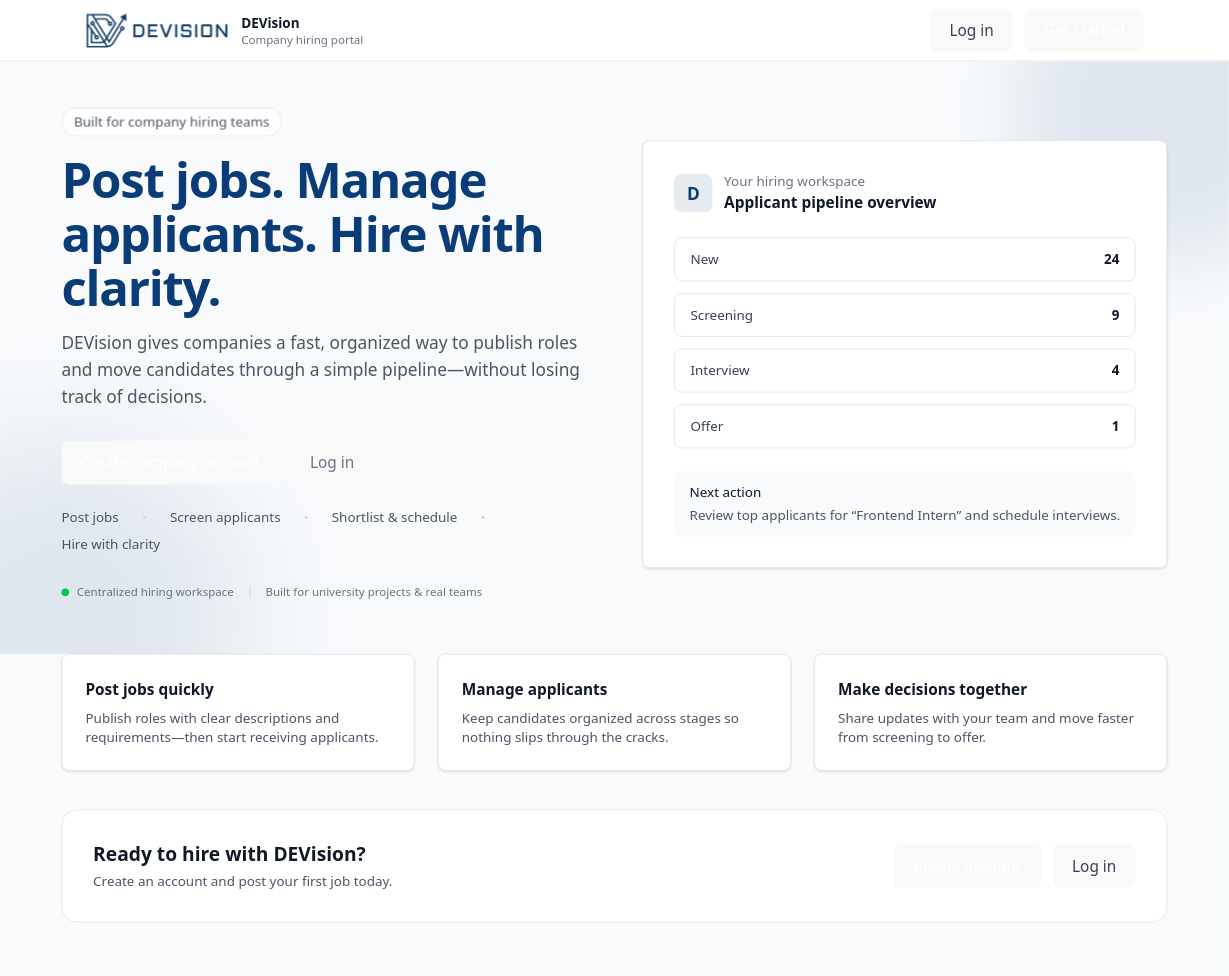
Repository: ISYS3461-2025C-Mulan-DEVision/JobManager_FE
Page: /
These files come from the project's save history. The page is drawn as it stood at one moment and after the next save; the edit follows.
The browser window is 1280 px wide. The pictures show the whole page, at 96% of full size.
The project was rebuilt for these pictures with package versions that can differ from the ones it lists, and the page was loaded fresh each time. Also part of the build but not shown: vite.config.js, src/components/ui/Input/Input.tsx, src/components/ui/Spinner/Spinner.tsx, src/components/ui/Alert/Alert.tsx, src/components/ui/GoogleLogo/GoogleLogo.tsx, src/components/headless/Form/Form.tsx, src/components/headless/Form/index.ts, src/components/headless/Table/useTable.ts and 18 more.

Above is the page before, as saved 2025-12-12 15:36:40.

### index.html
<!doctype html>
<html lang="en">
  <head>
    <meta charset="UTF-8" />
    <link rel="icon" type="image/svg+xml" href="/logo/logo-icon.png" />
    <meta name="viewport" content="width=device-width, initial-scale=1.0" />
    <title>jobmanager-fe</title>
  </head>
  <body>
    <div id="root"></div>
    <script type="module" src="/src/main.jsx"></script>
  </body>
</html>

### src/main.tsx
import React, { StrictMode } from "react";
import { createRoot } from "react-dom/client";
import "./index.css";
import { BrowserRouter } from "react-router-dom";
import App from "./App.js";
import { Provider } from "react-redux";
import store from "./store/index.js";

const container = document.getElementById("root")!;
if (!container) {
    throw new Error("Root container not found");
} else {
    createRoot(container).render(
        <StrictMode>
            <Provider store={store}>
                <BrowserRouter>
                    <App />
                </BrowserRouter>
            </Provider>
        </StrictMode>,
    );
}

### src/index.css
@import "tailwindcss";

@theme {
  --color-heading: #0A3D78;
  --color-dark-blue: #1E293B;
  --color-background: #F8FAFC;
  --color-filled-button: #0A3D78;
}

:root {
    font-family: system-ui, Avenir, Helvetica, Arial, sans-serif;
    line-height: 1.5;
    font-weight: 400;

    color-scheme: light dark;
    color: rgba(255, 255, 255, 0.87);
    background-color: #242424;

    font-synthesis: none;
    text-rendering: optimizeLegibility;
    -webkit-font-smoothing: antialiased;
    -moz-osx-font-smoothing: grayscale;
}

a {
    font-weight: 500;
    color: #0A66C2;
    text-decoration: inherit;
}
a:hover {
    color: #0A66C2cc;
}

body {
    margin: 0;
    min-width: 320px;
    min-height: 100vh;
}

h1 {
    font-size: 3.2em;
    line-height: 1.1;
    font-weight: 700;
}

button {
    border-radius: 8px;
    border: 1px solid transparent;
    padding: 0.6em 1.2em;
    font-size: 1em;
    font-weight: 500;
    font-family: inherit;
    cursor: pointer;
    transition: border-color 0.25s;
}


/* button {
    border-radius: 8px;
    border: 1px solid transparent;
    padding: 0.6em 1.2em;
    font-size: 1em;
    font-weight: 500;
    font-family: inherit;
    background-color: #1a1a1a;
    cursor: pointer;
    transition: border-color 0.25s;
}
button:hover {
    border-color: #646cff;
}
button:focus,
button:focus-visible {
    outline: 4px auto -webkit-focus-ring-color;
} */

@media (prefers-color-scheme: light) {
    :root {
        color: #213547;
        background-color: #ffffff;
    }
    a:hover {
        color: #747bff;
    }
    button {
        background-color: #f9f9f9;
    }
}

### src/App.tsx
import { Routes, Route } from "react-router-dom";
import Home from "./pages/Home";
import LoginPage from "./pages/LoginPage";
import RegistrationPage from "./pages/RegistrationPage";
import AppHeader from "./components/common/AppHeader";

function App() {
    return (
        <div className="min-h-screen bg-background">
            <AppHeader />
            <main>
                <Routes>
                    <Route path="/" element={<Home />} />
                    <Route path="/login" element={<LoginPage />} />
                    <Route path="/register" element={<RegistrationPage />} />
                </Routes>
            </main>
        </div>
    );
}

export default App;

### src/store/index.ts
import configureStore from "./configureStore";
const store = configureStore();
export default store;

### src/components/common/AppHeader.tsx
import { Link, useLocation } from "react-router-dom";
import { Button } from "../ui";

type AppHeaderProps = {
    className?: string;
};

export default function AppHeader({ className }: AppHeaderProps) {
    const location = useLocation();

    const pathname = location.pathname;
    const onLogin = pathname === "/login";
    const onRegister = pathname === "/register";

    return (
        <header className={className ?? ""}>
            <div className="h-16 border-b border-gray-200 bg-white">
                <div className="mx-auto flex h-full max-w-6xl items-center justify-between px-6">
                    <Link to="/" className="flex items-center gap-3">
                        <img src="/logo/logo.png" alt="DEVision" className="h-9 w-auto" />
                        <div className="leading-tight">
                            <div className="text-sm font-semibold text-gray-900">DEVision</div>
                            <div className="text-xs text-gray-500">Company hiring portal</div>
                        </div>
                    </Link>

                    <nav className="flex items-center gap-3">
                        {!onLogin && (
                            <Link to="/login" className="inline-flex">
                                <Button variant="ghost">Log in</Button>
                            </Link>
                        )}
                        {!onRegister && (
                            <Link to="/register" className="inline-flex">
                                <Button>Get started</Button>
                            </Link>
                        )}
                    </nav>
                </div>
            </div>
        </header>
    );
}

### src/store/configureStore.ts
import { createStore, applyMiddleware, Store } from "redux";
import { createLogger } from "redux-logger";
import createSagaMiddleware from "redux-saga";
import { enableBatching } from "redux-batched-actions";
import createReducer from "./reducers";
import rootSaga from "./saga";

const configureStore = (initialState = {}): Store => {
    const rootReducer = createReducer();
    const sagaMiddleware = createSagaMiddleware();

    const middlewares = [sagaMiddleware];

    const isDev = import.meta.env.VITE_NODE_ENV === "development";

    if (isDev) {
        const loggerMiddleware = createLogger({
            collapsed: () => true,
        });
        (middlewares as any[]).push(loggerMiddleware);
    }

    const store = createStore(
        enableBatching(rootReducer),
        initialState,
        applyMiddleware(...middlewares),
    );

    sagaMiddleware.run(rootSaga);

    return store;
};

export default configureStore;

### src/components/ui/index.ts
// UI Components - Presentational components with styling
export * from "./Button";
export * from "./Input";
export * from "./Card";
export * from "./Spinner";
export * from "./Alert";
export * from "./GoogleLogo";

### src/store/reducers.ts
import { combineReducers } from "redux";
import { reducers } from "../redux";
import _ from "lodash";

const appReducer = combineReducers(reducers);
export default function createReducer() {
    const rootReducer = (state, action) => {
        if (action.type === "FORCE_UPDATE_GLOBAL_STATE") {
            return appReducer(_.cloneDeep(action.payload), action as never);
        }
        return appReducer(state, action as never);
    };

    return rootReducer;
}

### src/store/saga.ts
import { all, fork } from "redux-saga/effects";
import { sagas } from "../redux";

export default function* rootSaga() {
    yield all([...Object.values(sagas)].map(fork));
}

### src/components/ui/Button/index.ts
export { Button } from "./Button";
export type { ButtonProps } from "./Button";

### src/components/ui/Input/index.ts
export { Input } from "./Input";
export type { InputProps } from "./Input";

### src/components/ui/Card/index.ts
export { Card, CardHeader, CardBody, CardFooter } from "./Card";
export type { CardProps } from "./Card";

### src/components/ui/Spinner/index.ts
export { Spinner } from "./Spinner";
export type { SpinnerProps } from "./Spinner";

### src/components/ui/Alert/index.ts
export { Alert } from "./Alert";
export type { AlertProps } from "./Alert";

### src/components/ui/GoogleLogo/index.ts
export { GoogleLogo } from "./GoogleLogo";
export type { GoogleLogoProps } from "./GoogleLogo";

### src/redux/index.ts
const loadModules = (modules: Record<string, any>, hasDefault = false) =>
    Object.entries(modules).map(([path, mod]) => {
        const parts = path.split("/");
        return {
            name: parts.at(-1)!.replace(".js", "").toUpperCase(),
            key: parts.at(-2)!,
            data: hasDefault ? mod.default : mod,
        };
    });

const rawActions = loadModules(
    import.meta.glob("./**/actions.ts", { eager: true }),
    true,
);

const rawTypes = loadModules(
    import.meta.glob("./**/types.ts", { eager: true }),
    false,
);

const rawReducers = loadModules(
    import.meta.glob("./**/reducer.ts", { eager: true }),
    true,
);

const rawSagas = loadModules(
    import.meta.glob("./**/saga.ts", { eager: true }),
    false,
);

// Final exports
export const actions = rawActions.reduce((p, e) => ({ ...p, ...e.data }), {});
export const types = rawTypes.reduce((p, e) => ({ ...p, ...e.data }), {});
export const reducers = rawReducers.reduce(
    (p, e) => ({ ...p, [e.key]: e.data }),
    {},
);
export const sagas = rawSagas.reduce((p, e) => ({ ...p, ...e.data }), {});

### src/components/ui/Button/Button.tsx
import React from "react";
import clsx from "clsx";

export interface ButtonProps extends React.ButtonHTMLAttributes<HTMLButtonElement> {
    variant?: "primary" | "secondary" | "outline" | "ghost" | "danger";
    size?: "sm" | "md" | "lg";
    isLoading?: boolean;
    fullWidth?: boolean;
    children: React.ReactNode;
}

export const Button: React.FC<ButtonProps> = ({
    variant = "primary",
    size = "md",
    isLoading = false,
    fullWidth = false,
    className,
    disabled,
    children,
    ...props
}) => {
    const baseStyles =
        "font-medium rounded-lg transition-[border-color] duration-250 focus:outline-none focus:ring-2 focus:ring-offset-2 disabled:opacity-50 disabled:cursor-not-allowed border border-transparent cursor-pointer";

    const variants = {
        primary: "bg-filled-button text-white hover:bg-filled-button/90 focus:ring-filled-button",
        secondary:
            "bg-zinc-200 text-gray-500 hover:bg-zinc-600 hover:text-white focus:ring-zinc-500",
        outline:
            "border border-heading-text text-heading hover:bg-heading-text/10 focus:ring-heading-text",
        ghost: "text-gray-700 hover:bg-gray-100 focus:ring-gray-500",
        danger: "bg-red-600 text-white hover:bg-red-700 focus:ring-red-500",
    };

    const sizes = {
        sm: "px-3 py-1.5 text-sm",
        md: "px-5 py-2.5 text-base",
        lg: "px-6 py-3 text-lg",
    };

    return (
        <button
            className={clsx(
                baseStyles,
                variants[variant],
                sizes[size],
                fullWidth && "w-full",
                className,
            )}
            disabled={disabled || isLoading}
            {...props}
        >
            {isLoading ? (
                <span className="flex items-center justify-center">
                    <svg
                        className="animate-spin -ml-1 mr-2 h-4 w-4"
                        fill="none"
                        viewBox="0 0 24 24"
                    >
                        <circle
                            className="opacity-25"
                            cx="12"
                            cy="12"
                            r="10"
                            stroke="currentColor"
                            strokeWidth="4"
                        />
                        <path
                            className="opacity-75"
                            fill="currentColor"
                            d="M4 12a8 8 0 018-8V0C5.373 0 0 5.373 0 12h4zm2 5.291A7.962 7.962 0 014 12H0c0 3.042 1.135 5.824 3 7.938l3-2.647z"
                        />
                    </svg>
                    Loading...
                </span>
            ) : (
                children
            )}
        </button>
    );
};

### src/components/ui/Card/Card.tsx
import React from "react";
import clsx from "clsx";

export interface CardProps {
  children: React.ReactNode;
  className?: string;
  padding?: "none" | "sm" | "md" | "lg";
  hover?: boolean;
}

export const Card: React.FC<CardProps> = ({
  children,
  className,
  padding = "md",
  hover = false,
}) => {
  const paddingStyles = {
    none: "",
    sm: "p-3",
    md: "p-4",
    lg: "p-6",
  };

  return (
    <div
      className={clsx(
        "bg-white rounded-lg border border-gray-200 shadow-sm",
        paddingStyles[padding],
        hover && "hover:shadow-md transition-shadow cursor-pointer",
        className
      )}
    >
      {children}
    </div>
  );
};

export const CardHeader: React.FC<{
  children: React.ReactNode;
  className?: string;
}> = ({ children, className }) => (
  <div className={clsx("border-b border-gray-200 pb-3 mb-3", className)}>
    {children}
  </div>
);

export const CardBody: React.FC<{
  children: React.ReactNode;
  className?: string;
}> = ({ children, className }) => <div className={className}>{children}</div>;

export const CardFooter: React.FC<{
  children: React.ReactNode;
  className?: string;
}> = ({ children, className }) => (
  <div className={clsx("border-t border-gray-200 pt-3 mt-3", className)}>
    {children}
  </div>
);

### src/redux/app/actions.ts
import * as types from "./type";

const setLoading = (payload: boolean) => ({ type: types.SET_LOADING, payload });
const setError = (payload: string | null) => ({
    type: types.SET_ERROR,
    payload,
});
const setInitialized = (payload: boolean) => ({
    type: types.SET_INITIALIZED,
    payload,
});
const reset = () => ({ type: types.RESET });

const toggleLoadingAsync = (payload: boolean) => ({
    type: types.TOGGLE_LOADING_ASYNC,
    payload,
});

export default {
    setLoading,
    setError,
    setInitialized,
    reset,
    toggleLoadingAsync,
};

### src/redux/app/reducer.ts
import * as types from "./type";
export interface AppState {
    loading: boolean;
    error: string | null;
    initialized?: boolean;
    test: string;
}

const INITIAL_STATE: AppState = {
    loading: true,
    error: null,
    initialized: false,
    test: "test",
};

type Action = { type: string; payload?: any };

export default function appReducer(
    state: AppState = INITIAL_STATE,
    action: Action,
): AppState {
    switch (action.type) {
        case types.SET_LOADING:
            return { ...state, loading: !!action.payload };
        case types.SET_ERROR:
            return { ...state, error: action.payload ?? null, loading: false };
        case types.SET_INITIALIZED:
            return { ...state, initialized: !!action.payload };
        case types.RESET:
            return { ...INITIAL_STATE };
        default:
            return state;
    }
}

### src/redux/app/saga.ts
import { takeEvery, put, delay } from "redux-saga/effects";
import * as types from "./type";
import actions from "./actions";

function* handleToggleLoading(action: any) {
    yield delay(300);
    yield put(actions.setLoading(action.payload));
}

export function* watchToggleLoading() {
    yield takeEvery(types.TOGGLE_LOADING_ASYNC, handleToggleLoading);
}

### src/redux/app/type.ts
const prefix = "APP/";

export const SET_LOADING = `${prefix}SET_LOADING`;
export const SET_ERROR = `${prefix}SET_ERROR`;
export const SET_INITIALIZED = `${prefix}SET_INITIALIZED`;
export const RESET = `${prefix}RESET`;

// test async action
export const TOGGLE_LOADING_ASYNC = `${prefix}TOGGLE_LOADING_ASYNC`;

Loaded but not shown: src/pages/Home.tsx (142 lines, source omitted)

After the next save:
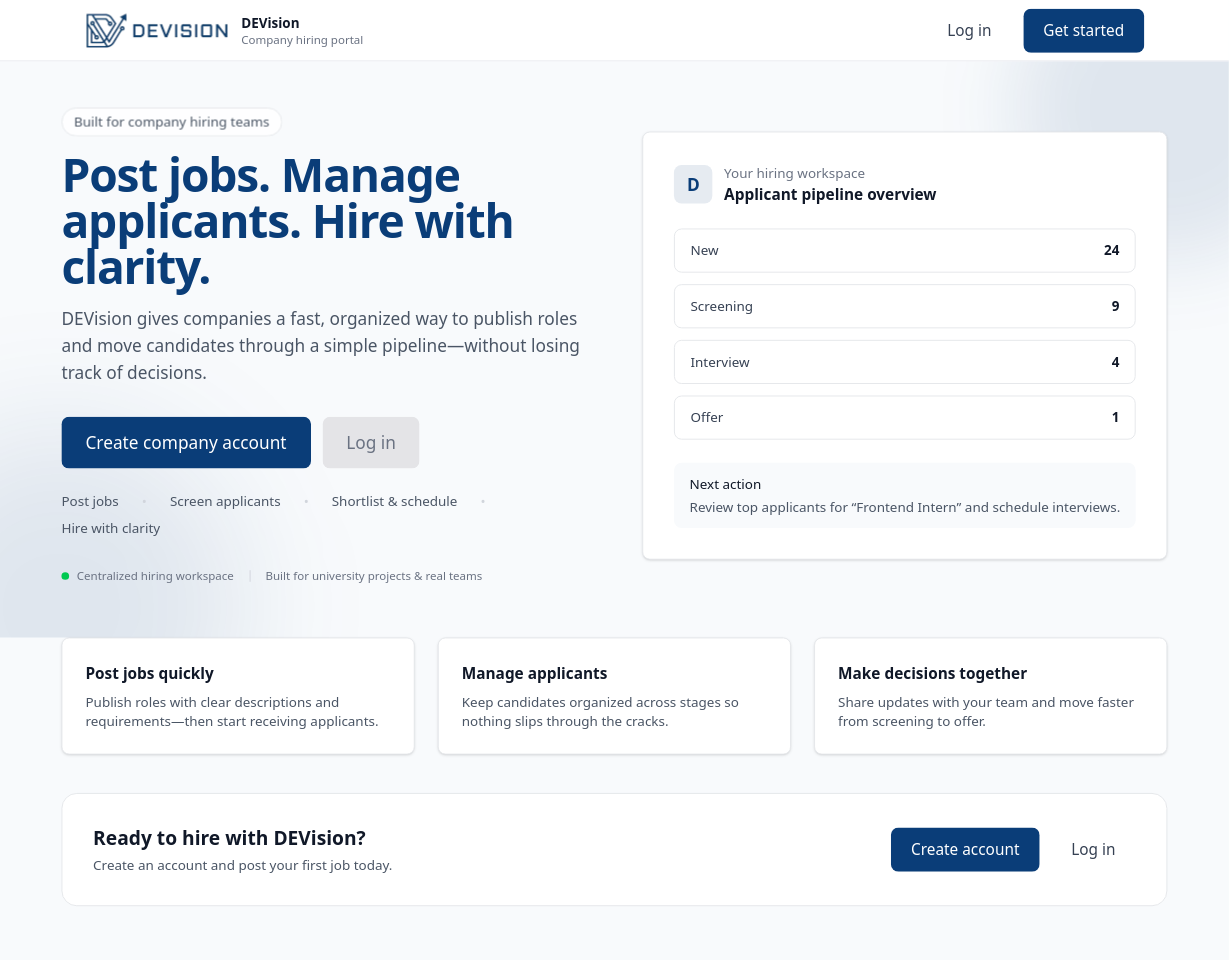
Saved 10 s later.
--- a/src/index.css
+++ b/src/index.css
@@ -7,51 +7,27 @@
   --color-filled-button: #0A3D78;
 }
 
+html,
+body {
+    height: 100%;
+}
+
 :root {
-    font-family: system-ui, Avenir, Helvetica, Arial, sans-serif;
+    font-family: system-ui, -apple-system, Segoe UI, Roboto, Helvetica, Arial, sans-serif;
     line-height: 1.5;
     font-weight: 400;
-
-    color-scheme: light dark;
-    color: rgba(255, 255, 255, 0.87);
-    background-color: #242424;
-
     font-synthesis: none;
     text-rendering: optimizeLegibility;
     -webkit-font-smoothing: antialiased;
     -moz-osx-font-smoothing: grayscale;
 }
 
-a {
-    font-weight: 500;
-    color: #0A66C2;
-    text-decoration: inherit;
-}
-a:hover {
-    color: #0A66C2cc;
-}
-
 body {
     margin: 0;
     min-width: 320px;
     min-height: 100vh;
-}
-
-h1 {
-    font-size: 3.2em;
-    line-height: 1.1;
-    font-weight: 700;
-}
-
-button {
-    border-radius: 8px;
-    border: 1px solid transparent;
-    padding: 0.6em 1.2em;
-    font-size: 1em;
-    font-weight: 500;
-    font-family: inherit;
-    cursor: pointer;
-    transition: border-color 0.25s;
+    background: var(--color-background-color);
+    color: #0f172a;
 }
 
 
@@ -73,16 +49,3 @@ button:focus,
 button:focus-visible {
     outline: 4px auto -webkit-focus-ring-color;
 } */
-
-@media (prefers-color-scheme: light) {
-    :root {
-        color: #213547;
-        background-color: #ffffff;
-    }
-    a:hover {
-        color: #747bff;
-    }
-    button {
-        background-color: #f9f9f9;
-    }
-}
